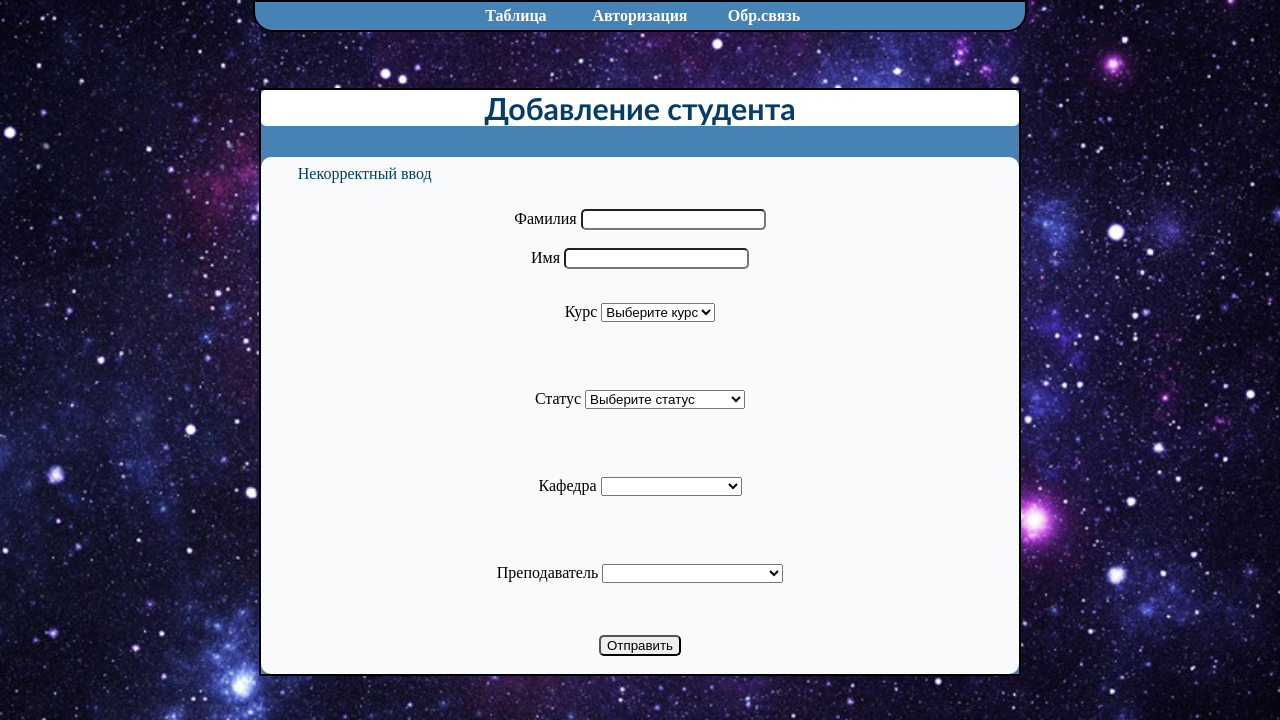
Repository: BeliaevAleksei/WeBCourse
Page: http://localhost/addSt.php
The author's editor kept a record of every edit. The page is drawn from the files as they stood at one moment, then again after the next edit.
The browser window is 1280 px wide. The pictures show the whole page.
The page is run by PHP 8.4 with error messages shown; the project is at /var/www/html/. The session is filled in as if someone had signed in: {"Id": 1, "Name": 1, "isAdmin": 1, "check": "1"}. Queries for data that is not in the repository find no rows.

Above is the page before.

After the next edit:
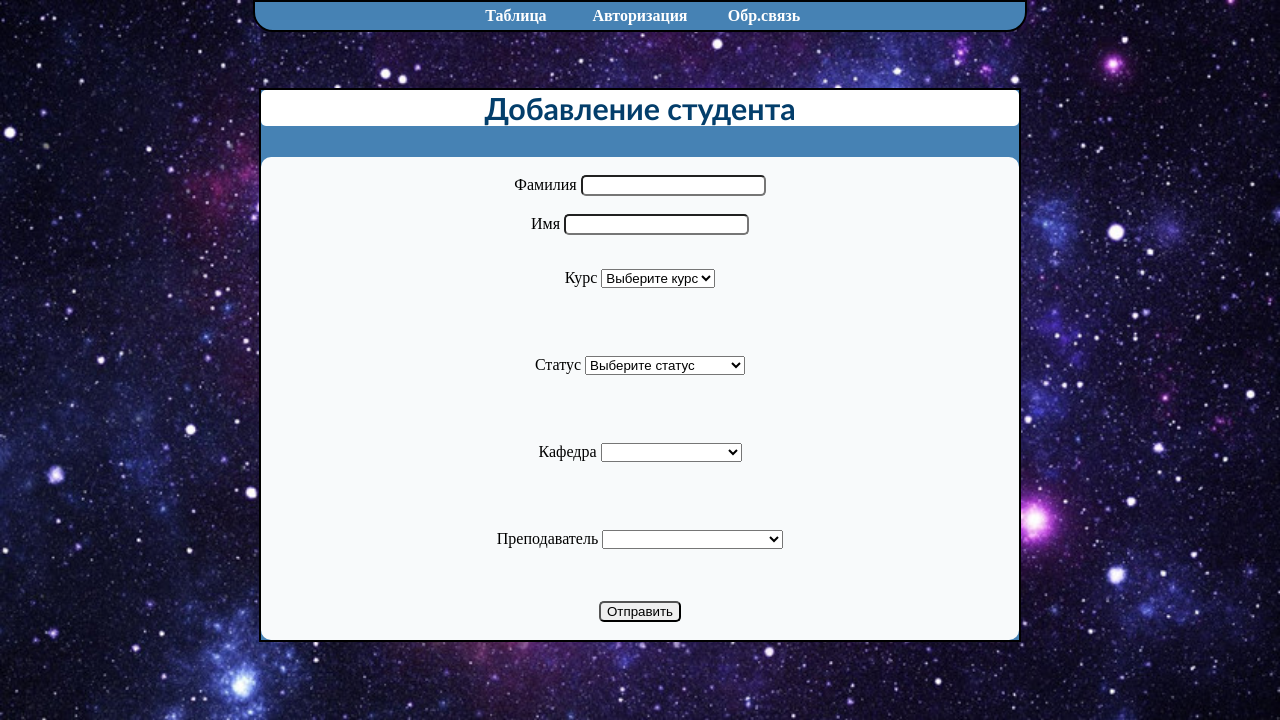
The edit:
--- a/Учебная практика/addSt.php
+++ b/Учебная практика/addSt.php
@@ -23,7 +23,7 @@
 				session_start();
 				$check = $_SESSION['check'];
 				if($check = 1){
-					echo "<p>Некорректный ввод</p>";
+				    echo "<script>alert(\" Некорректный ввод \");</script>";
 					unset($_SESSION['check']);
 				}
 				else if($check = 2){
